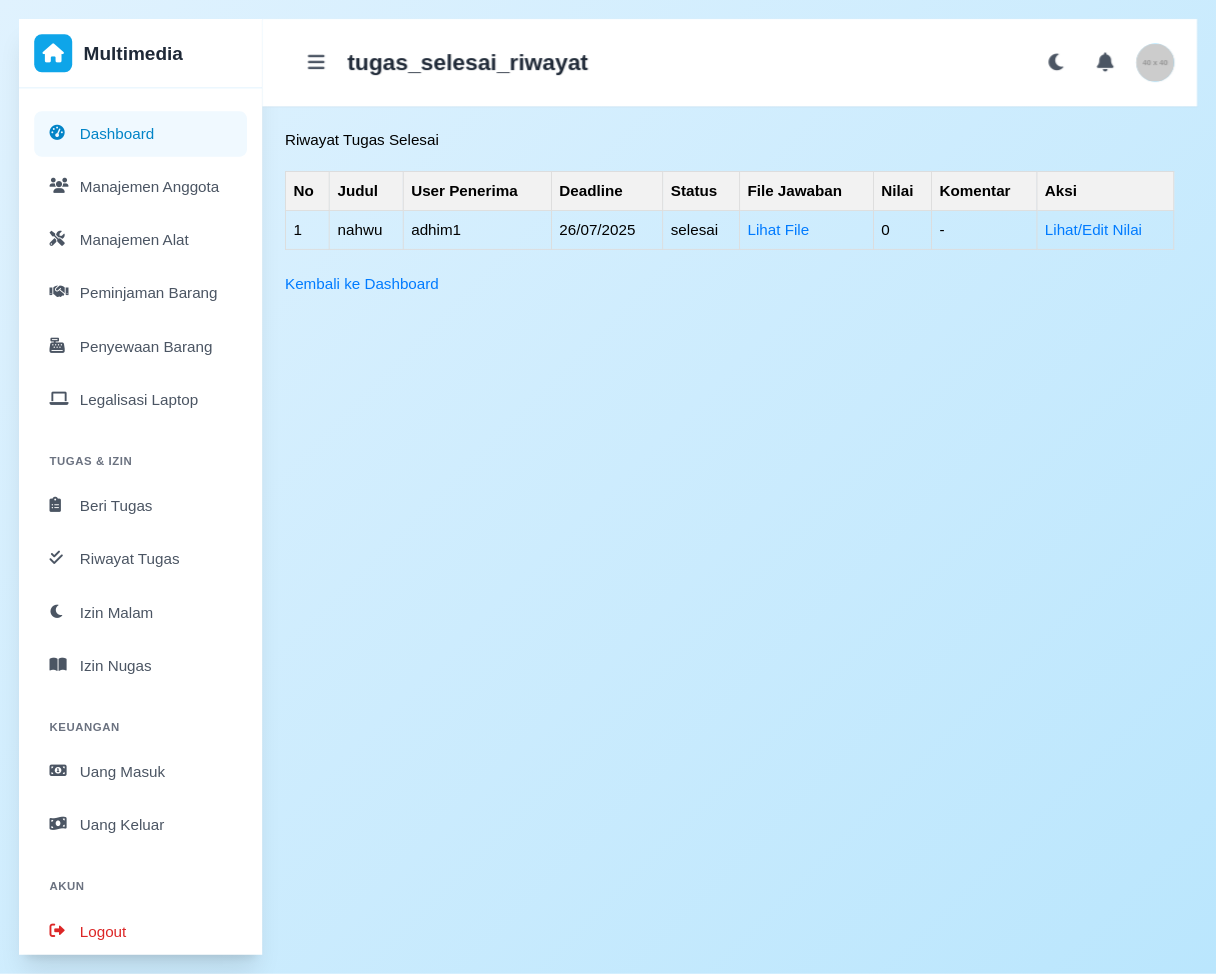
Repository: fatkquladhim/multimedia_app
Page: http://localhost/admin/beri tugas/tugas_selesai_riwayat.php
An editor plug-in stored every save of this project. The page is shown before and after the next save, followed by the edit.
The browser window is 1280 px wide. The pictures show the whole page, at 95% of full size.
Some web libraries are served in a nearby version. The page is run by PHP 8.4 with error messages shown; the project is at /var/www/html/. The session is filled in as if someone had signed in: {"user_id": 2, "username": "asep", "role": "admin"}. Other server files are loaded and not shown. The database holds what the project's SQL file puts in it.

Above is the page before, as saved 2025-07-18 22:57:18.

### admin/beri tugas/tugas_selesai_riwayat.php
<?php
session_start();
if (!isset($_SESSION['user_id']) || $_SESSION['role'] !== 'admin') {
    header('Location: ../../auth/login.php');
    exit;
}

require_once '../../includes/db_config.php';
$conn = new mysqli(DB_HOST, DB_USER, DB_PASS, DB_NAME);

// Ambil daftar tugas yang sudah selesai atau diperiksa
// 'diperiksa' status can be added if you want to show tasks that have been graded
$query = "SELECT
    t.id,
    t.judul,
    t.deskripsi,
    t.deadline,
    t.status,
    u.username as penerima_username,
    u.nama_lengkap as penerima_nama_lengkap,
    tj.file_jawaban,
    tj.nilai,
    tj.komentar,
    tj.id as id_jawaban -- Get the ID of the answer for review
FROM tugas t
LEFT JOIN users u ON t.id_penerima_tugas = u.id
LEFT JOIN tugas_jawaban tj ON t.id = tj.id_tugas
WHERE t.status IN ('selesai') -- Include 'diperiksa' if you use it
ORDER BY t.deadline DESC";

$result = $conn->query($query);
include '../header.php'; // Path relatif dari 'anggota/'
?>

<!DOCTYPE html>
<html>
<head>
    <title>Riwayat Tugas Selesai</title>
    <style>
        body { font-family: Arial, sans-serif; margin: 20px; }
        table { width: 100%; border-collapse: collapse; margin-top: 20px; }
        th, td { border: 1px solid #ddd; padding: 8px; text-align: left; }
        th { background-color: #f2f2f2; }
        a { text-decoration: none; color: #007bff; }
        a:hover { text-decoration: underline; }
        .message { padding: 10px; margin-bottom: 15px; border-radius: 4px; }
        .success { background-color: #d4edda; color: #155724; border: 1px solid #c3e6cb; }
        .error { background-color: #f8d7da; color: #721c24; border: 1px solid #f5c6cb; }
    </style>
</head>
<body>
    <h2>Riwayat Tugas Selesai</h2>

    <?php
    if (isset($_GET['status'])) {
        if ($_GET['status'] == 'success') {
            echo '<div class="message success">' . htmlspecialchars($_GET['message']) . '</div>';
        } else {
            echo '<div class="message error">' . htmlspecialchars($_GET['message']) . '</div>';
        }
    }
    ?>

    <table>
        <thead>
            <tr>
                <th>No</th>
                <th>Judul</th>
                <th>User Penerima</th>
                <th>Deadline</th>
                <th>Status</th>
                <th>File Jawaban</th>
                <th>Nilai</th>
                <th>Komentar</th>
                <th>Aksi</th>
            </tr>
        </thead>
        <tbody>
            <?php
            $no = 1;
            if ($result->num_rows > 0):
                while($row = $result->fetch_assoc()):
            ?>
            <tr>
                <td><?php echo $no++; ?></td>
                <td><?php echo htmlspecialchars($row['judul']); ?></td>
                <td><?php echo htmlspecialchars($row['penerima_username'] ); ?></td>
                <td><?php echo date('d/m/Y', strtotime($row['deadline'])); ?></td>
                <td><?php echo htmlspecialchars($row['status']); ?></td>
                <td>
                    <?php if($row['file_jawaban']): ?>
                        <a href="../../uploads/tugas_jawaban/<?php echo htmlspecialchars($row['file_jawaban']); ?>" target="_blank">
                            Lihat File
                        </a>
                    <?php else: ?>
                        Tidak ada file
                    <?php endif; ?>
                </td>
                <td><?php echo $row['nilai'] !== null ? htmlspecialchars($row['nilai']) : 'Belum dinilai'; ?></td>
                <td><?php echo htmlspecialchars($row['komentar'] ?? '-'); ?></td>
                <td>
                    <?php
                    // Only allow grading if there's a submission and it hasn't been graded yet
                    if($row['id_jawaban'] && $row['nilai'] === null):
                    ?>
                        <a href="tugas_user_review.php?id_tugas=<?php echo $row['id']; ?>">Beri Nilai</a>
                    <?php elseif ($row['id_jawaban'] && $row['nilai'] !== null): ?>
                        <a href="tugas_user_review.php?id_tugas=<?php echo $row['id']; ?>">Lihat/Edit Nilai</a>
                    <?php else: ?>
                        -
                    <?php endif; ?>
                </td>
            </tr>
            <?php
                endwhile;
            else:
            ?>
            <tr>
                <td colspan="9">Tidak ada tugas yang sudah selesai atau diperiksa.</td>
            </tr>
            <?php endif; ?>
        </tbody>
    </table>

    <br>
    <a href="../dashboard.php">Kembali ke Dashboard</a>
</body>
</html>

<?php $conn->close(); ?>

### includes/db_config.php
<?php
// Konfigurasi database
define('DB_HOST', 'localhost');
define('DB_USER', 'root'); // ganti jika user database Anda berbeda
define('DB_PASS', '');     // ganti jika ada password database
define('DB_NAME', 'db_multimedia'); // nama database
?>

### admin/sidebar.php
    <?php
    // includes/sidebar.php
    // Pastikan session sudah dimulai di file yang meng-include ini
    // if (!isset($_SESSION['user_id']) || $_SESSION['role'] !== 'admin') {
    //     header('Location: ../auth/login.php');
    //     exit;
    // }
    ?>
    <div id="sidebar" class="w-64 bg-white dark:bg-slate-800 shadow-xl flex-shrink-0 sidebar transition-all duration-300 overflow-hidden glass-effect">
        <div class="p-4 flex items-center justify-between border-b border-light-blue-100 dark:border-slate-700">
            <div class="flex items-center space-x-3">
                <div class="w-10 h-10 bg-light-blue-500 rounded-lg flex items-center justify-center">
                    <i class="fas fa-home text-white text-xl"></i>
                </div>
                <h1 class="text-xl font-bold text-gray-800 dark:text-white">Multimedia</h1>
            </div>
            <button id="closeSidebar" class="md:hidden p-2 text-gray-500 hover:text-gray-700 dark:text-gray-400 dark:hover:text-gray-200">
                <i class="fas fa-times"></i>
            </button>
        </div>

        <nav class="mt-6 px-4">
            <div class="space-y-2">
                <a href="../dashboard.php" class="flex items-center px-4 py-3 text-light-blue-600 bg-light-blue-50 dark:bg-light-blue-900 dark:text-light-blue-300 rounded-lg sidebar-nav-item hover-scale">
                    <i class="fas fa-tachometer-alt w-5 h-5 mr-3"></i>
                    <span class="font-medium">Dashboard</span>
                </a>

                <a href="../anggota/anggota.php" class="flex items-center px-4 py-3 text-gray-600 dark:text-gray-300 hover:text-light-blue-600 dark:hover:text-light-blue-400 hover:bg-light-blue-50 dark:hover:bg-slate-700 rounded-lg sidebar-nav-item hover-scale">
                    <i class="fas fa-users w-5 h-5 mr-3"></i>
                    <span class="font-medium">Manajemen Anggota</span>
                </a>

                <a href="../daftar alat/daftar-alat.php" class="flex items-center px-4 py-3 text-gray-600 dark:text-gray-300 hover:text-light-blue-600 dark:hover:text-light-blue-400 hover:bg-light-blue-50 dark:hover:bg-slate-700 rounded-lg sidebar-nav-item hover-scale">
                    <i class="fas fa-tools w-5 h-5 mr-3"></i>
                    <span class="font-medium">Manajemen Alat</span>
                </a>

                <a href="../peminjaman/peminjaman-barang.php" class="flex items-center px-4 py-3 text-gray-600 dark:text-gray-300 hover:text-light-blue-600 dark:hover:text-light-blue-400 hover:bg-light-blue-50 dark:hover:bg-slate-700 rounded-lg sidebar-nav-item hover-scale">
                    <i class="fas fa-handshake w-5 h-5 mr-3"></i>
                    <span class="font-medium">Peminjaman Barang</span>
                </a>

                <a href="../penyewaan/penyewaan-barang.php" class="flex items-center px-4 py-3 text-gray-600 dark:text-gray-300 hover:text-light-blue-600 dark:hover:text-light-blue-400 hover:bg-light-blue-50 dark:hover:bg-slate-700 rounded-lg sidebar-nav-item hover-scale">
                    <i class="fas fa-cash-register w-5 h-5 mr-3"></i>
                    <span class="font-medium">Penyewaan Barang</span>
                </a>

                <a href="../legalisasi laptop/legalisasi_list.php" class="flex items-center px-4 py-3 text-gray-600 dark:text-gray-300 hover:text-light-blue-600 dark:hover:text-light-blue-400 hover:bg-light-blue-50 dark:hover:bg-slate-700 rounded-lg sidebar-nav-item hover-scale">
                    <i class="fas fa-laptop w-5 h-5 mr-3"></i>
                    <span class="font-medium">Legalisasi Laptop</span>
                </a>
            </div>

            <div class="mt-8 mb-4">
                <h3 class="px-4 text-xs font-semibold text-gray-500 dark:text-gray-400 uppercase tracking-wider">
                    Tugas & Izin
                </h3>
            </div>

            <div class="space-y-2">
                <a href="../beri tugas/beri_tugas_form.php" class="flex items-center px-4 py-3 text-gray-600 dark:text-gray-300 hover:text-light-blue-600 dark:hover:text-light-blue-400 hover:bg-light-blue-50 dark:hover:bg-slate-700 rounded-lg sidebar-nav-item hover-scale">
                    <i class="fas fa-clipboard-list w-5 h-5 mr-3"></i>
                    <span class="font-medium">Beri Tugas</span>
                </a>

                <a href="../beri tugas/tugas_selesai_riwayat.php" class="flex items-center px-4 py-3 text-gray-600 dark:text-gray-300 hover:text-light-blue-600 dark:hover:text-light-blue-400 hover:bg-light-blue-50 dark:hover:bg-slate-700 rounded-lg sidebar-nav-item hover-scale">
                    <i class="fas fa-check-double w-5 h-5 mr-3"></i>
                    <span class="font-medium">Riwayat Tugas</span>
                </a>

                <a href="../izin_malam/izin-malam.php" class="flex items-center px-4 py-3 text-gray-600 dark:text-gray-300 hover:text-light-blue-600 dark:hover:text-light-blue-400 hover:bg-light-blue-50 dark:hover:bg-slate-700 rounded-lg sidebar-nav-item hover-scale">
                    <i class="fas fa-moon w-5 h-5 mr-3"></i>
                    <span class="font-medium">Izin Malam</span>
                </a>

                <a href="../izin_nugas/izin-nugas.php" class="flex items-center px-4 py-3 text-gray-600 dark:text-gray-300 hover:text-light-blue-600 dark:hover:text-light-blue-400 hover:bg-light-blue-50 dark:hover:bg-slate-700 rounded-lg sidebar-nav-item hover-scale">
                    <i class="fas fa-book-open w-5 h-5 mr-3"></i>
                    <span class="font-medium">Izin Nugas</span>
                </a>
            </div>

            <div class="mt-8 mb-4">
                <h3 class="px-4 text-xs font-semibold text-gray-500 dark:text-gray-400 uppercase tracking-wider">
                    Keuangan
                </h3>
            </div>

            <div class="space-y-2">
                <a href="../uang masuk/masuk.php" class="flex items-center px-4 py-3 text-gray-600 dark:text-gray-300 hover:text-light-blue-600 dark:hover:text-light-blue-400 hover:bg-light-blue-50 dark:hover:bg-slate-700 rounded-lg sidebar-nav-item hover-scale">
                    <i class="fas fa-money-bill-alt w-5 h-5 mr-3"></i>
                    <span class="font-medium">Uang Masuk</span>
                </a>

                <a href="../uang keluar/keluar.php" class="flex items-center px-4 py-3 text-gray-600 dark:text-gray-300 hover:text-light-blue-600 dark:hover:text-light-blue-400 hover:bg-light-blue-50 dark:hover:bg-slate-700 rounded-lg sidebar-nav-item hover-scale">
                    <i class="fas fa-money-bill-wave w-5 h-5 mr-3"></i>
                    <span class="font-medium">Uang Keluar</span>
                </a>
            </div>

            <div class="mt-8 mb-4">
                <h3 class="px-4 text-xs font-semibold text-gray-500 dark:text-gray-400 uppercase tracking-wider">
                    Akun
                </h3>
            </div>

            <div class="space-y-2">
                <a href="../auth/logout.php" class="flex items-center px-4 py-3 text-red-600 dark:text-red-400 hover:text-red-700 dark:hover:text-red-300 hover:bg-red-50 dark:hover:bg-red-900 rounded-lg sidebar-nav-item hover-scale">
                    <i class="fas fa-sign-out-alt w-5 h-5 mr-3"></i>
                    <span class="font-medium">Logout</span>
                </a>
            </div>
        </nav>
    </div>

### db_multimedia (2).sql (the tables this page reads)
CREATE TABLE `tugas` (
  `id` int(11) NOT NULL,
  `judul` varchar(100) NOT NULL,
  `deskripsi` text DEFAULT NULL,
  `deadline` date DEFAULT NULL,
  `id_pemberi_tugas` int(11) NOT NULL,
  `id_penerima_tugas` int(11) NOT NULL,
  `status` enum('pending','selesai','diperiksa') DEFAULT 'pending'
) ENGINE=InnoDB DEFAULT CHARSET=utf8mb4 COLLATE=utf8mb4_general_ci;

INSERT INTO `tugas` (`id`, `judul`, `deskripsi`, `deadline`, `id_pemberi_tugas`, `id_penerima_tugas`, `status`) VALUES
(1, 'nahwu', 'APA ITU KALAM', '2025-07-25', 2, 21, 'diperiksa'),
(2, 'nahwu', 'apa itu kalam seta kal;im', '2025-07-26', 2, 21, 'selesai'),
(3, 'fiqih', 'apa itu wudhu\'', '2025-07-19', 2, 21, 'diperiksa'),
(4, 'qowaid', 'apa itu qoidah fiqih', '2025-07-26', 2, 21, 'pending'),
(5, 'tauhid', 'apa yang dimaksud dengan wahdaniyat', '2025-07-27', 2, 21, 'pending');

ALTER TABLE `tugas`
  ADD PRIMARY KEY (`id`),
  ADD KEY `id_pemberi_tugas` (`id_pemberi_tugas`),
  ADD KEY `id_penerima_tugas` (`id_penerima_tugas`);

ALTER TABLE `tugas`
  MODIFY `id` int(11) NOT NULL AUTO_INCREMENT, AUTO_INCREMENT=6;

ALTER TABLE `tugas`
  ADD CONSTRAINT `tugas_ibfk_1` FOREIGN KEY (`id_pemberi_tugas`) REFERENCES `users` (`id`) ON DELETE CASCADE,
  ADD CONSTRAINT `tugas_ibfk_2` FOREIGN KEY (`id_penerima_tugas`) REFERENCES `users` (`id`) ON DELETE CASCADE;

CREATE TABLE `tugas_jawaban` (
  `id` int(11) NOT NULL,
  `id_tugas` int(11) NOT NULL,
  `id_user` int(11) NOT NULL,
  `file_jawaban` varchar(255) DEFAULT NULL,
  `nilai` int(11) DEFAULT 0,
  `komentar` text DEFAULT NULL,
  `tanggal_submit` datetime DEFAULT current_timestamp()
) ENGINE=InnoDB DEFAULT CHARSET=utf8mb4 COLLATE=utf8mb4_general_ci;

INSERT INTO `tugas_jawaban` (`id`, `id_tugas`, `id_user`, `file_jawaban`, `nilai`, `komentar`, `tanggal_submit`) VALUES
(1, 1, 21, 'jawaban_1_21_1752504662.png', 90, 'BAIK', '2025-07-14 21:51:02'),
(2, 3, 21, 'jawaban_3_21_1752679193.png', 70, 'baik', '2025-07-16 22:19:53'),
(3, 2, 21, 'jawaban_2_21_1752818643.png', 0, NULL, '2025-07-18 13:04:03');

ALTER TABLE `tugas_jawaban`
  ADD PRIMARY KEY (`id`),
  ADD KEY `id_tugas` (`id_tugas`),
  ADD KEY `id_user` (`id_user`);

ALTER TABLE `tugas_jawaban`
  MODIFY `id` int(11) NOT NULL AUTO_INCREMENT, AUTO_INCREMENT=4;

ALTER TABLE `tugas_jawaban`
  ADD CONSTRAINT `tugas_jawaban_ibfk_1` FOREIGN KEY (`id_tugas`) REFERENCES `tugas` (`id`) ON DELETE CASCADE,
  ADD CONSTRAINT `tugas_jawaban_ibfk_2` FOREIGN KEY (`id_user`) REFERENCES `users` (`id`) ON DELETE CASCADE;

CREATE TABLE `users` (
  `id` int(11) NOT NULL,
  `username` varchar(50) NOT NULL,
  `password` varchar(255) NOT NULL,
  `role` enum('admin','user') NOT NULL DEFAULT 'user',
  `nama_lengkap` varchar(100) DEFAULT NULL,
  `email` varchar(100) DEFAULT NULL
) ENGINE=InnoDB DEFAULT CHARSET=utf8mb4 COLLATE=utf8mb4_general_ci;

INSERT INTO `users` (`id`, `username`, `password`, `role`, `nama_lengkap`, `email`) VALUES
(2, 'asep', '$2y$10$ZvJxXAeCPWgMdfPO28SaFuzg6rU8McbByuj/jx/gDjJ/LgUoPIv6e', 'admin', NULL, NULL),
(21, 'adhim1', '$2y$10$joDQhSdJpJI.R7w9amW9WOdI15wISMqHlUCvg3RMZt7meuu.YAqI.', 'user', 'moch fatkqul adhim', 'fatquladhim@gmail.com');

ALTER TABLE `users`
  ADD PRIMARY KEY (`id`),
  ADD UNIQUE KEY `username` (`username`);

ALTER TABLE `users`
  MODIFY `id` int(11) NOT NULL AUTO_INCREMENT, AUTO_INCREMENT=22;

Loaded but not shown: admin/header.php (172 lines, source omitted)

After the next save:
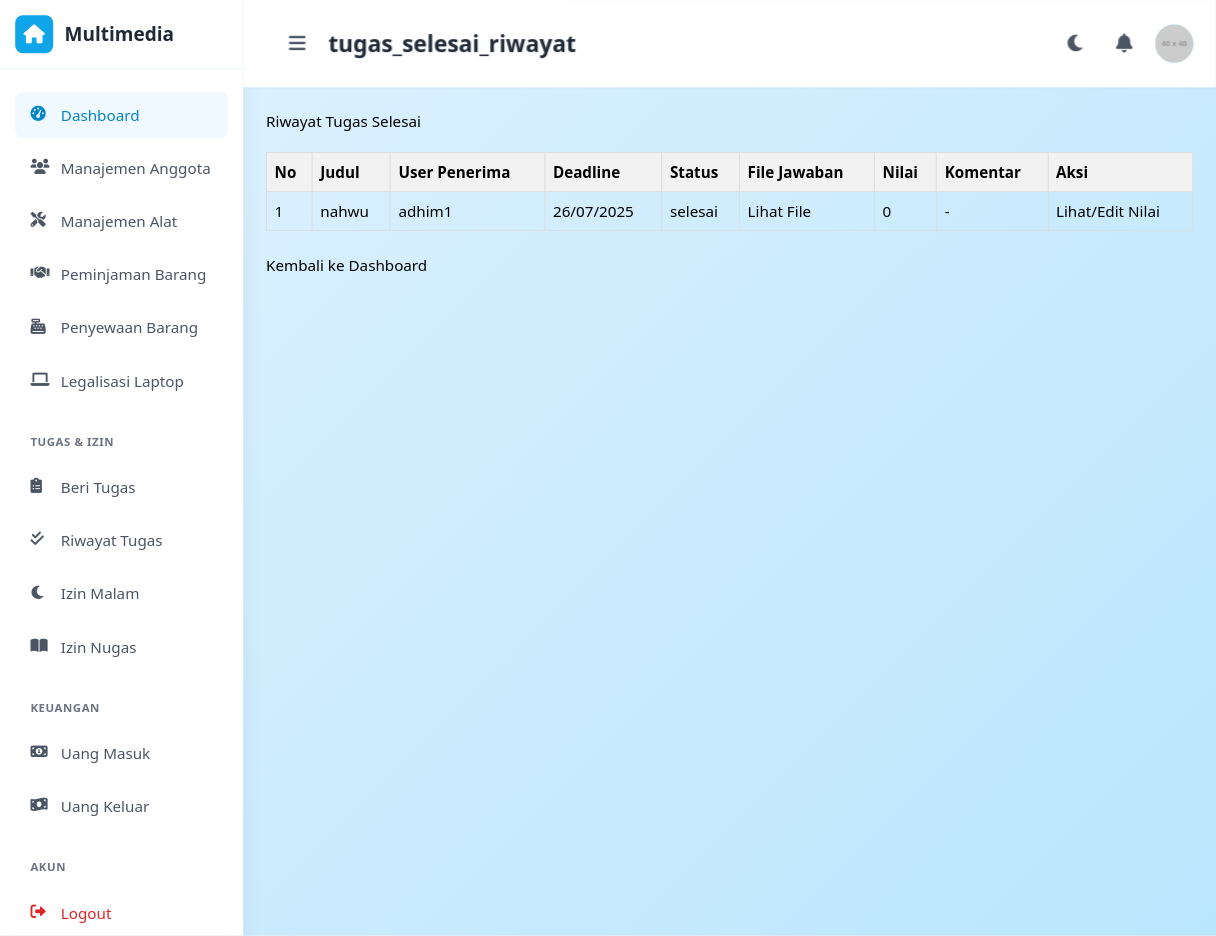
Saved 10 s later.
--- a/admin/beri tugas/tugas_selesai_riwayat.php
+++ b/admin/beri tugas/tugas_selesai_riwayat.php
@@ -31,23 +31,6 @@ ORDER BY t.deadline DESC";
 $result = $conn->query($query);
 include '../header.php'; // Path relatif dari 'anggota/'
 ?>
-
-<!DOCTYPE html>
-<html>
-<head>
-    <title>Riwayat Tugas Selesai</title>
-    <style>
-        body { font-family: Arial, sans-serif; margin: 20px; }
-        table { width: 100%; border-collapse: collapse; margin-top: 20px; }
-        th, td { border: 1px solid #ddd; padding: 8px; text-align: left; }
-        th { background-color: #f2f2f2; }
-        a { text-decoration: none; color: #007bff; }
-        a:hover { text-decoration: underline; }
-        .message { padding: 10px; margin-bottom: 15px; border-radius: 4px; }
-        .success { background-color: #d4edda; color: #155724; border: 1px solid #c3e6cb; }
-        .error { background-color: #f8d7da; color: #721c24; border: 1px solid #f5c6cb; }
-    </style>
-</head>
 <body>
     <h2>Riwayat Tugas Selesai</h2>
 
